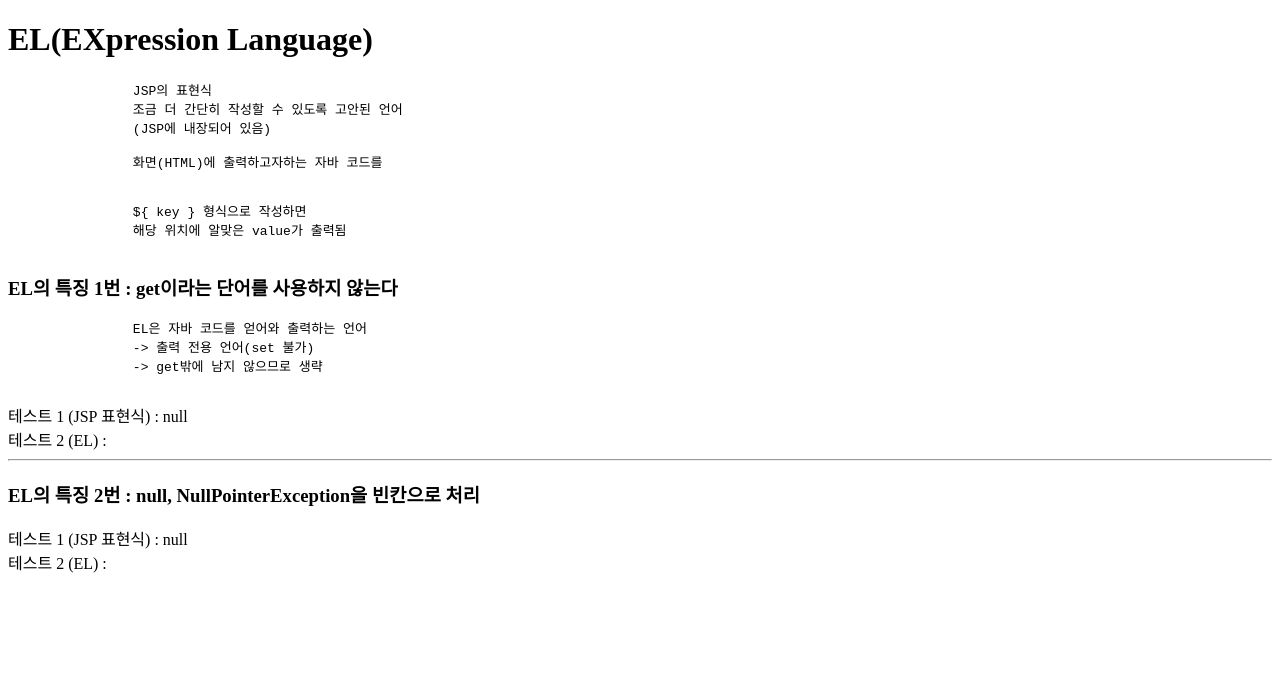
Repository: Rabsterd/6_Server
Page: http://localhost/JSPProject2/elTest
The author's editor kept a copy of each file at every save. The page is drawn from the files as they stood at one save, then again after the next save.
The browser window is 1280 px wide. The pictures show the whole page.
The page is served by Tomcat 9.

Above is the page before, as saved 2023-09-19 00:37:18.

After the next save:
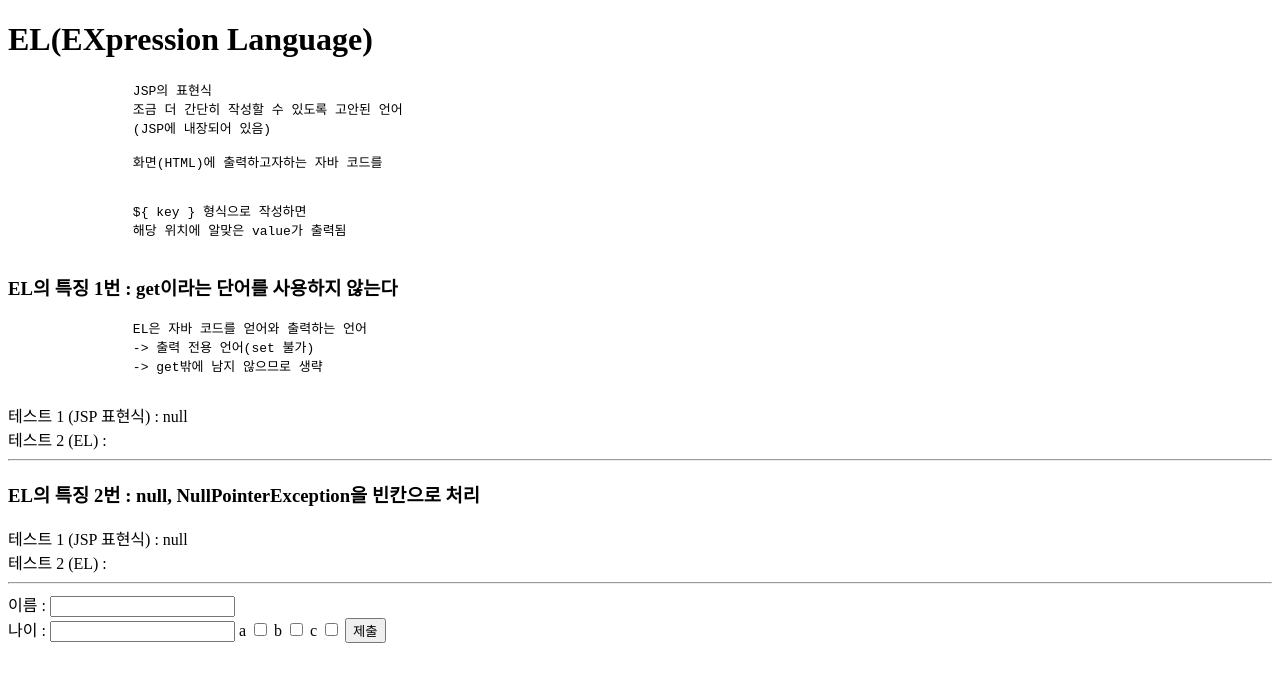
Saved 5 min 29 s later.
--- a/JSPProject2/src/main/webapp/WEB-INF/views/el/elTest.jsp
+++ b/JSPProject2/src/main/webapp/WEB-INF/views/el/elTest.jsp
@@ -40,5 +40,19 @@
 	테스트 1 (JSP 표현식) : <%= request.getParameter("num") %>
 	<br>
 	테스트 2 (EL) :  ${param.num}
+
+	<hr>
+
+	<form action="elTest" method="post">
+		이름 : <input name="inputName">
+		<br>
+		나이 : <input type="number" name="inputAge">
+
+		a <input type="checkbox" name="opt" value="a">
+		b <input type="checkbox" name="opt" value="b">
+		c <input type="checkbox" name="opt" value="c">
+
+		<button>제출</button>
+	</form>
 </body>
 </html>
